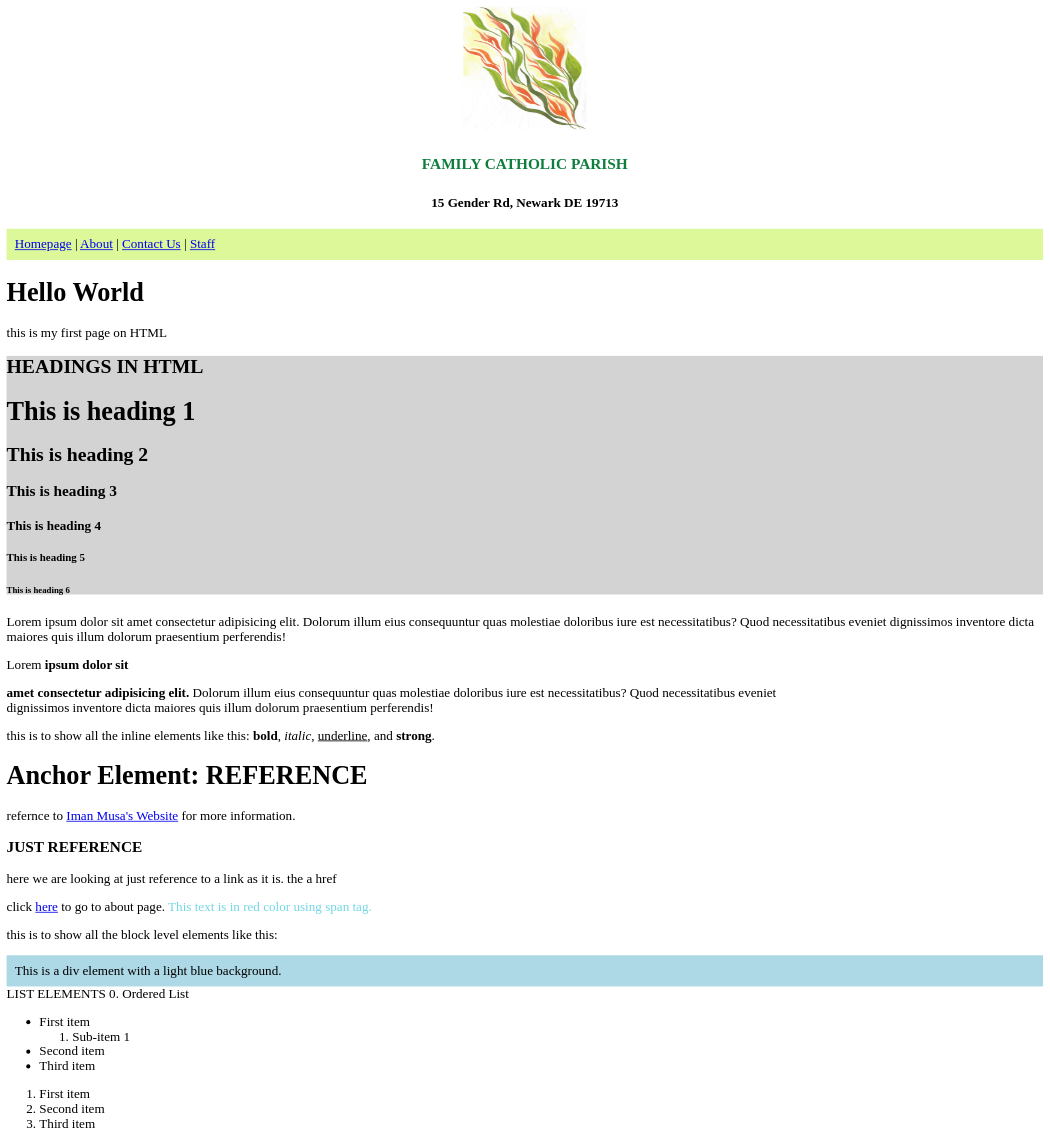
Repository: ficotims/HTML-RESTART
Page: Homepage.html
The author's editor kept a copy of each file at every save. The page is drawn from the files as they stood at one save, then again after the next save.
The browser window is 1280 px wide. The pictures show the whole page, at 82% of full size.

Above is the page before, as saved 2026-02-03 06:37:44.

After the next save:
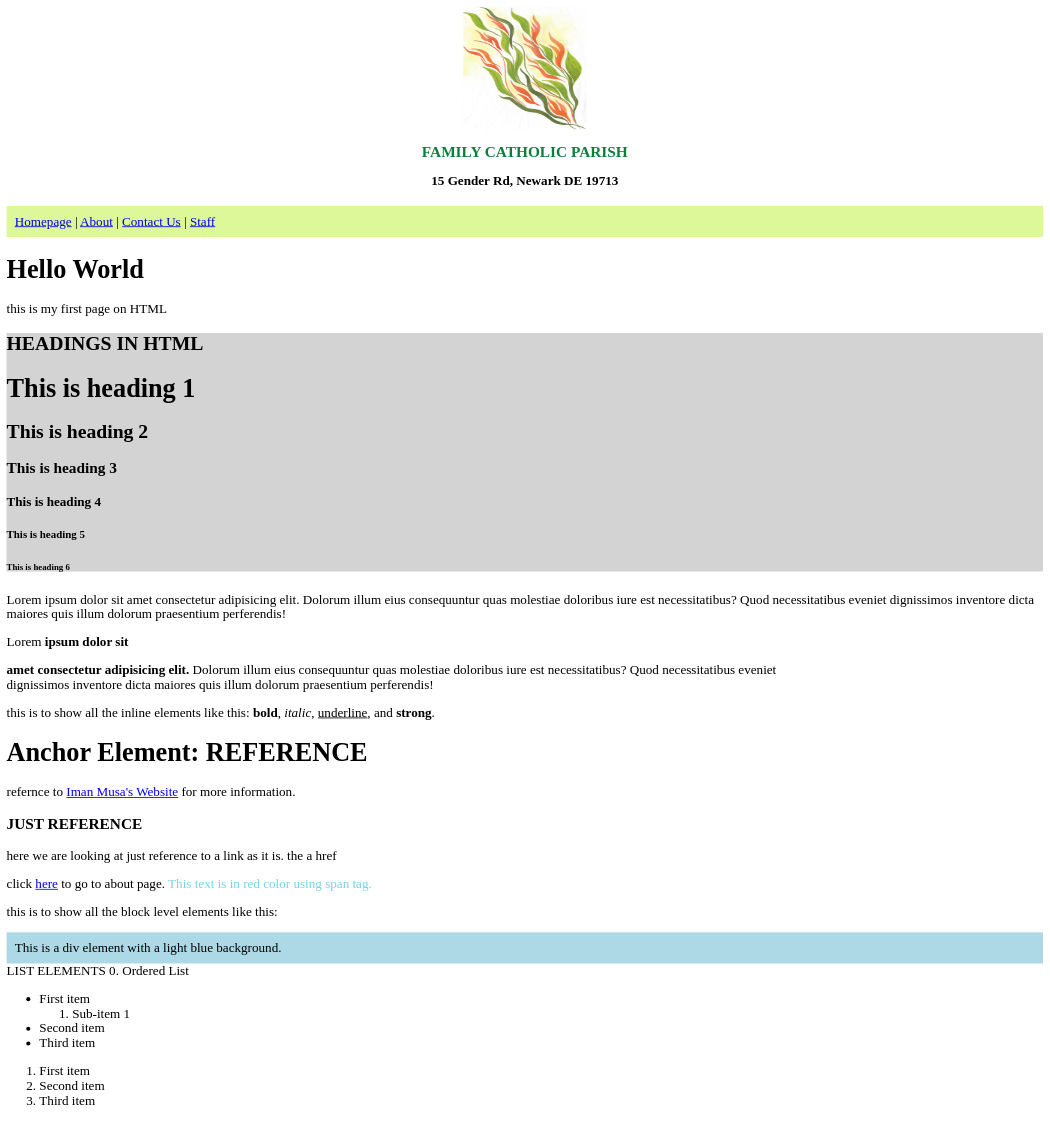
Saved 8 s later.
--- a/Homepage.html
+++ b/Homepage.html
@@ -13,7 +13,7 @@
         width="150"
         height="150"
       />
-    <h3><span style="color: rgb(14, 126, 61);"><div style="line-height: 2;">FAMILY CATHOLIC PARISH</b></span></h3>
+    <h3><span style="color: rgb(14, 126, 61);"><div style="line-height: 0.5;">FAMILY CATHOLIC PARISH</b></span></h3>
     <H4>15 Gender Rd, Newark DE 19713</H4></div>
     <!-- NAVIGATION SECTION -->
      <div style="background-color: rgb(220, 248, 153); padding: 10px">
